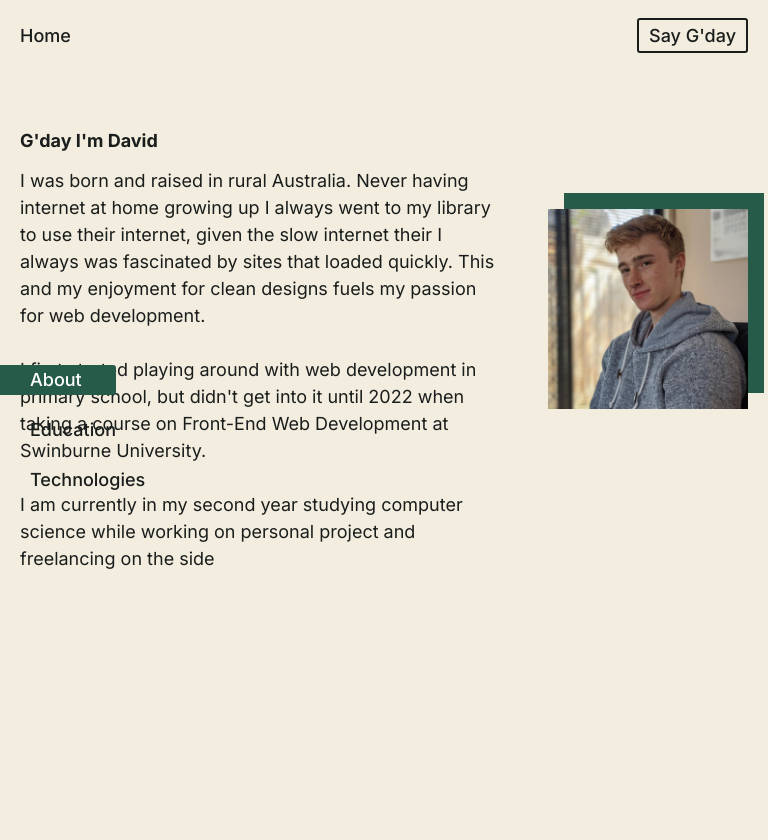
Repository: David-Waite/David-Waite-Portfolio
Page: /about
An editor plug-in stored every save of this project. The page is shown before and after the next save, followed by the edit.
The browser window is 768 px wide. The pictures show the whole page.
The project was rebuilt for these pictures with package versions that can differ from the ones it lists, and the page was loaded fresh each time. The framework's server and built-in components were replaced by stand-ins that run in the browser. Also part of the build but not shown: next.config.js.

Above is the page before, as saved 2023-07-27 12:29:36.

### app/layout.tsx
import "./globals.css";
import type { Metadata } from "next";
import { Inter } from "next/font/google";
import Link from "next/link";
import NavBar from "./components/Nav/NavBar/NavBar";

const inter = Inter({ subsets: ["latin"] });

export const metadata: Metadata = {
  title: "Create Next App",
  description: "Generated by create next app",
};

export default function RootLayout({
  children,
}: {
  children: React.ReactNode;
}) {
  return (
    <html lang="en">
      <body className={inter.className}>
        <NavBar />
        {children}
      </body>
    </html>
  );
}

### app/about/page.tsx
"use client";

import Image from "next/image";
import styles from "./page.module.css";
import Menu from "../components/About/Menu/Menu";
import { useState } from "react";

export default function About() {
  const [selected, setSelected] = useState({
    about: true,
    education: false,
    technologies: false,
  });

  function handleClick(select: string) {
    setSelected(() => {
      return {
        about: select === "about" ? true : false,
        education: select === "education" ? true : false,
        technologies: select === "technologies" ? true : false,
      };
    });
  }

  const AboutText = (
    <>
      <h1>G&apos;day I&apos;m David</h1>
      <p className={styles.description}>
        I was born and raised in rural Australia. Never having internet at home
        growing up I always went to my library to use their internet, given the
        slow internet their I always was fascinated by sites that loaded
        quickly. This and my enjoyment for clean designs fuels my passion for
        web development.
        <br />
        <br /> I first started playing around with web development in primary
        school, but didn&apos;t get into it until 2022 when taking a course on
        Front-End Web Development at Swinburne University.
        <br />
        <br /> I am currently in my second year studying computer science while
        working on personal project and freelancing on the side
      </p>
    </>
  );

  const EducationText = (
    <>
      <h1>My Education</h1>
      <ul className={`${styles.description} ${styles.descriptionList} `}>
        <li>
          CT50220 Dimploma of Information Technology (Front End Web Development)
          | 2022
        </li>
        <li>BA-CS Bachelor of Computer Science | 2023 - current</li>
        <li>Front end developer career path (72hrs) | Scrimba (online)</li>
        <li>
          React Native - The Practical Guide 2022 (26hrs) | Udemy (online)
        </li>
        <li>
          C# Basics for Beginners: Learn C# Fundamentals by Coding (6hrs) |
          Udemy (online)
        </li>
        <li>
          C# Intermediate: Classes, Interfaces and OOP (6hrs) | Udemy (online)
        </li>
      </ul>
    </>
  );
  const TechnologiesText = (
    <>
      <h1>What I&apos;m confortable with</h1>
      <ul className={`${styles.description} ${styles.descriptionList} `}>
        <li>HTML</li>
        <li>CSS</li>
        <li>Next.Js</li>
        <li>Contentful</li>
        <li>React.Js</li>
        <li>JavaScript</li>
        <li>C#</li>
      </ul>
    </>
  );

  let textContent;

  if (selected.about) {
    textContent = AboutText;
  }
  if (selected.technologies) {
    textContent = TechnologiesText;
  }
  if (selected.education) {
    textContent = EducationText;
  }
  return (
    <main className={styles.container}>
      <Menu selected={selected} onClick={handleClick} />
      <div className={styles.content}>
        <div className={styles.textContainer}>
          <div className={styles.paragraphContainer}>{textContent}</div>
        </div>

        <div className={styles.imageContainer}>
          <Image src="/aboutMe.jpg" fill={true} alt="David" />
        </div>
      </div>
      {/* <div className={`${styles.desktopLink} ${styles.links}`}>
        <a href="https://github.com/David-Waite" target="_blank">
          GitHub
        </a>
        <a href="www.linkedin.com/in/davidwaitedev" target="_blank">
          LinkedIn
        </a>
        <a href="https://www.instagram.com/david__waite/" target="_blank">
          Instagram
        </a>
      </div> */}
    </main>
  );
}

### app/contact/send/route.ts
import mail from "@sendgrid/mail";
import { NextResponse } from "next/server";

// Create an api key in sendgrid and store someplace safe
mail.setApiKey(process.env.SENDGRID_API_KEY || "");

type ResponseData = {
  status?: string;
  message?: string;
};

export async function POST(request: Request) {
  let response: ResponseData = {};
  const body = await request.json();
  // I know the formData I sent in my request has name, email, and message fields so I'm just manually grabbing them to format a message
  const message = `
    Name: ${body.name}\r\n
    Email: ${body.email}\r\n
    Message: ${body.message}

  `;
  const data = {
    to: "davidwaite122@gmail.com",
    from: "davidwaiteportfolio@zohomail.com.au",
    subject: "Contact Message via Sendgrid",
    text: message,
    html: message.replace(/\r\n/g, "<br>"),
  };

  // Send the data and create a response object. I'm using status and message to display a success or fail notification in the UI
  await mail
    .send(data)
    .then(() => {
      response = {
        status: "success",
        message: "Your message was sent. I'll be in contact shortly.",
      };
    })
    .catch((error) => {
      response = {
        status: "error",
        message: `Message failed to send with error, ${error}`,
      };
    });

  return NextResponse.json(response);
}

### app/globals.css
:root {
  --primary: #255b48;
  --black: #191d1b;
  --background: #f3eddf;
  --white: #ffffff;
  --grey: #606060;
  --error: #a83c23;
}

.paragraph {
  font-size: 18px;
  font-style: normal;
  font-weight: 400;
  line-height: 25.2px;
  color: var(--black);
}

body {
  background-color: var(--background);
}

* {
  padding: 0;
  margin: 0;
  box-sizing: border-box;
}

### app/components/Nav/NavBar/NavBar.tsx
"use client";
import NavButton from "../NavButton/NavButton";
import styles from "./navBar.module.css";
import { usePathname } from "next/navigation";

import Link from "next/link";

export default function NavBar() {
  const currentRoute = usePathname();

  return (
    <nav className={styles.container}>
      <Link
        className={styles.link}
        href={`./${currentRoute === "/" ? "about" : "/"}`}
      >
        {currentRoute === "/" ? "About" : "Home"}
      </Link>

      {currentRoute !== "/contact" && <NavButton />}
    </nav>
  );
}

### app/about/page.module.css
.container {
  display: flex;
  height: calc(100vh - 70px);
  width: 100%;
  align-items: center;
  justify-content: center;
}

.content {
  position: relative;
  display: flex;
  align-items: center;
  gap: 200px;
}
.imageContainer {
  position: relative;
  width: 440px;
  height: 440px;
  box-shadow: var(--primary) 16px -16px 0px 0px;
}

.descriptionList {
  margin-left: 32px;
  margin-right: -32px;
}
.content h1 {
  color: var(--black);
  font-size: 18px;
  font-weight: 700;
  margin-bottom: 16px;
}
.description {
  color: var(--black);
  font-size: 18px;
  font-weight: 400;

  width: 740px;
  height: 300px;
  line-height: 27px;
}

.links {
  margin-top: 24px;
  position: absolute;
  left: -56px;
  padding: 0 56px;
  background-color: var(--primary);
  display: flex;
  align-items: center;
  flex-direction: column;
}
.mobileLink {
  display: none;
}
.links a {
  cursor: pointer !important;
  color: var(--white);
  text-decoration: none;
  font-size: 18px;
  margin: 8px 0;
}

.container hr {
  width: 100%;
  display: none;
}
.links a:hover {
  color: var(--grey);
}

.mobileMenu {
  display: none;
}

@media (max-width: 2000px) {
  .content {
    gap: 100px;
  }
}
@media (max-width: 1850px) {
  .imageContainer {
    width: 350px;
    height: 350px;
  }
}

@media (max-width: 1750px) {
  .imageContainer {
    width: 350px;
    height: 350px;
    margin-right: -50px;
  }
}

@media (max-width: 1650px) {
  .description {
    width: 700px;
    height: 300px;
  }
}

@media (max-width: 1550px) {
  .imageContainer {
    margin-right: -100px;
    width: 300px;
    height: 300px;
  }
}

@media (max-width: 1450px) {
  .imageContainer {
    margin-right: -150px;
    width: 300px;
    height: 300px;
  }
}

@media (max-width: 1350px) {
  .content {
    gap: 50px;
  }
}
@media (max-width: 1250px) {
  .description {
    width: 625px;
  }
}

@media (max-width: 1200px) {
  .container {
    padding: 20px;
    margin-top: 40px;
    display: block;
  }

  .description {
    margin-right: 16px;
    width: 100%;
    max-width: 761px;
  }
  .descriptionList {
    margin-left: 16px;
    margin-right: 0px;
  }
  .content {
    justify-content: space-between;
  }
  .imageContainer {
    min-width: 300px;
    margin-right: 0px;

    margin-top: 20px;
  }
  .links {
    position: static;
    width: 200px;
    margin-left: auto;
  }
}

@media (max-width: 1140px) {
  .links {
    position: static;
    width: 200px;
    margin-top: 64px;
    margin-left: auto;
  }
}

@media (max-width: 1000px) {
  .imageContainer {
    width: 200px;
    height: 200px;
    min-width: 200px;
  }
}
@media (max-width: 425px) {
  .links a,
  .content h1,
  .description {
    font-size: 16px;
  }
}

### app/components/About/Menu/Menu.tsx
"use client";
import { CSSProperties, useState } from "react";
import styles from "./menu.module.css";
export default function Menu(props: { onClick: any; selected: any }) {
  function handleClick(select: string) {
    props.onClick(select);
  }

  const selectedBackground: any = {
    left: "0px",
  };
  const selectedP: any = {
    color: "white",
  };
  return (
    <div className={styles.menu} id="menu">
      <div
        className={`${styles.linkContainer} ${styles.about}`}
        onClick={() => handleClick("about")}
      >
        <div
          className={styles.aboutBackground}
          style={Object.assign(props.selected.about && selectedBackground)}
        ></div>
        <p style={Object.assign(props.selected.about && selectedP)}>About</p>
      </div>
      <br />
      <div
        className={`${styles.linkContainer} ${styles.education}`}
        onClick={() => handleClick("education")}
      >
        <div
          className={styles.educationBackground}
          style={Object.assign(props.selected.education && selectedBackground)}
        ></div>
        <p style={Object.assign(props.selected.education && selectedP)}>
          Education
        </p>
      </div>
      <br />
      <div
        className={`${styles.linkContainer} ${styles.technologies}`}
        onClick={() => handleClick("technologies")}
      >
        <div
          className={styles.technologiesBackground}
          style={Object.assign(
            props.selected.technologies && selectedBackground
          )}
        ></div>
        <p style={Object.assign(props.selected.technologies && selectedP)}>
          Technologies
        </p>
      </div>
    </div>
  );
}

### app/components/Nav/NavButton/NavButton.tsx
import styles from "./navButton.module.css";

import Link from "next/link";

export default function NavButton() {
  return (
    <Link className={styles.container} href={"./contact"}>
      Say G&apos;day
    </Link>
  );
}

### app/components/Nav/NavBar/navBar.module.css
.container {
  display: flex;
  align-items: center;
  justify-content: space-between;
  height: 70px;
  padding: 0 30px;
}

.link {
  color: var(--black);
  text-decoration: none;
  font-size: 18px;
  font-weight: 500;
  cursor: pointer !important;
}

.link:hover {
  color: var(--grey);
}

@media (max-width: 768px) {
  .container {
    padding: 0 20px;
  }
}
@media (max-width: 425px) {
  .link {
    font-size: 16px;
  }
}

### app/components/About/Menu/menu.module.css
.menu {
  position: absolute;
  left: 0;
  font-size: 18px;
  font-weight: 500;
}

.menu div {
  display: flex;
  align-items: center;
}

.linkContainer {
  position: relative;
}
.linkContainer p {
  position: relative;
  cursor: pointer !important;
  color: var(--black);
}

.aboutBackground,
.educationBackground,
.technologiesBackground {
  position: absolute;
  background-color: var(--primary);
  left: 0;
  height: 30px;
  border-radius: 0 3px 3px 0;
  transition: 0.3s ease-in;
}
.about {
  width: 116px;
}
.aboutBackground {
  width: 116px;
  left: -116px;
}
.about:hover .aboutBackground {
  left: 0;
}

.education {
  width: 148px;
}
.educationBackground {
  width: 148px;
  left: -148px;
}
.education:hover .educationBackground {
  left: 0;
}

.technologies {
  width: 175px;
}
.technologiesBackground {
  width: 175px;
  left: -175px;
}
.technologies:hover .technologiesBackground {
  left: 0;
}

.menu p {
  top: 0;
  padding: 4px 30px;

  transition: 0.3s;
}

.selected {
  border-radius: 0 3px 3px 0;
  color: var(--white);
  background: rgb(37, 91, 72);
}

.linkContainer p:hover {
  position: relative;
  color: var(--white);
}

@media (max-width: 1200px) {
  .menu {
    top: calc((100vh - 70px) / 2);
    z-index: 4;
  }
}

### app/components/Nav/NavButton/navButton.module.css
.container {
  border: 2px solid var(--black);
  color: var(--black);
  font-weight: 500;
  border-radius: 3px;
  font-size: 18px;
  padding: 5px 10px;
  transition: 0.3s;
  text-decoration: none;
  cursor: pointer !important;
}

.container:hover {
  background-color: var(--primary);
  color: var(--white);
}

@media (max-width: 425px) {
  .container {
    font-size: 16px;
  }
}

After the next save:
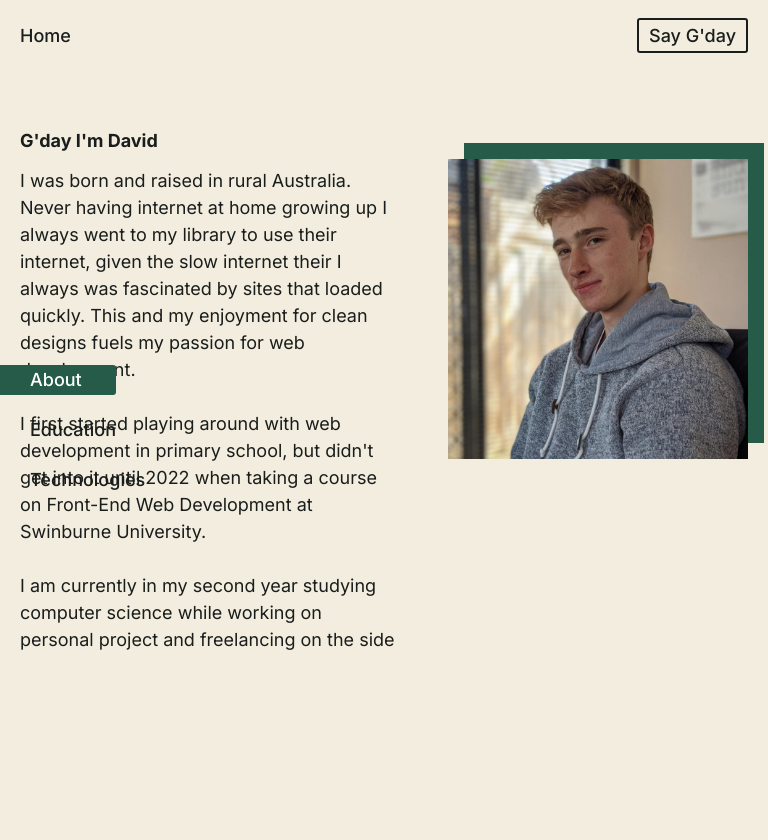
Saved 13 s later.
--- a/app/about/page.module.css
+++ b/app/about/page.module.css
@@ -169,9 +169,6 @@
 
 @media (max-width: 1000px) {
   .imageContainer {
-    width: 200px;
-    height: 200px;
-    min-width: 200px;
   }
 }
 @media (max-width: 425px) {

After the save that followed:
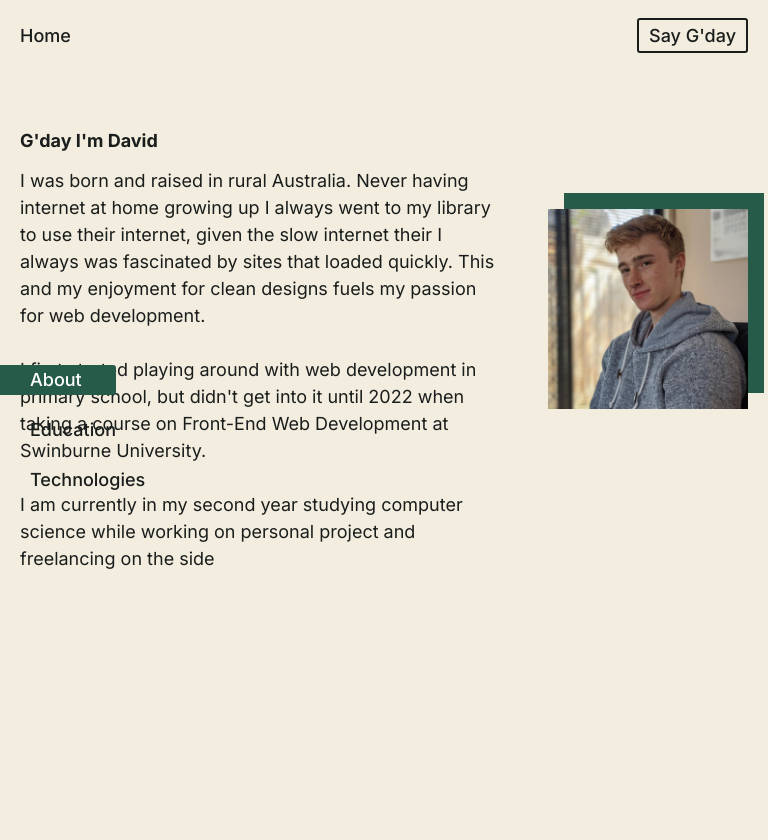
Saved 9 s later.
--- a/app/about/page.module.css
+++ b/app/about/page.module.css
@@ -169,6 +169,9 @@
 
 @media (max-width: 1000px) {
   .imageContainer {
+    width: 200px;
+    height: 200px;
+    min-width: 200px;
   }
 }
 @media (max-width: 425px) {
